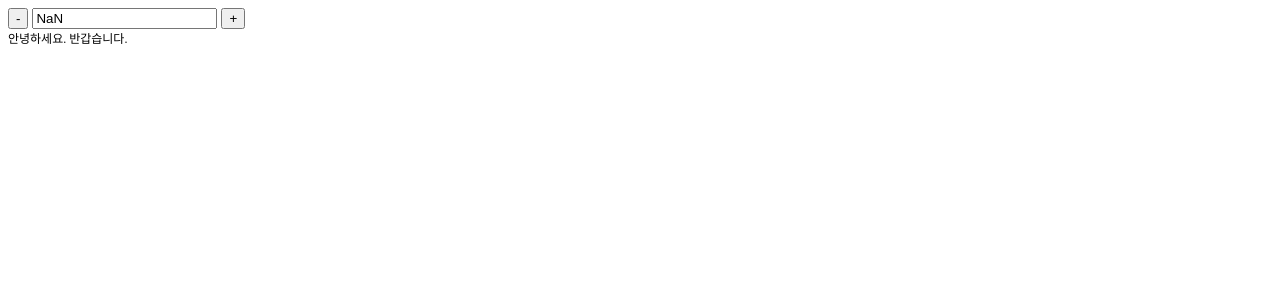
Repository: mjh1583/Hustar03_eGov
Page: http://localhost/JavaScript/js008.jsp
These files come from the project's save history. The page is drawn as it stood at one moment and after the next save; the edit follows.
The browser window is 1280 px wide. The pictures show the whole page.
After loading, the first visible `#btn-minus` was clicked once.
The page is served by Tomcat 9.

Above is the page before, as saved 2021-05-06 08:12:29.

After the next save:
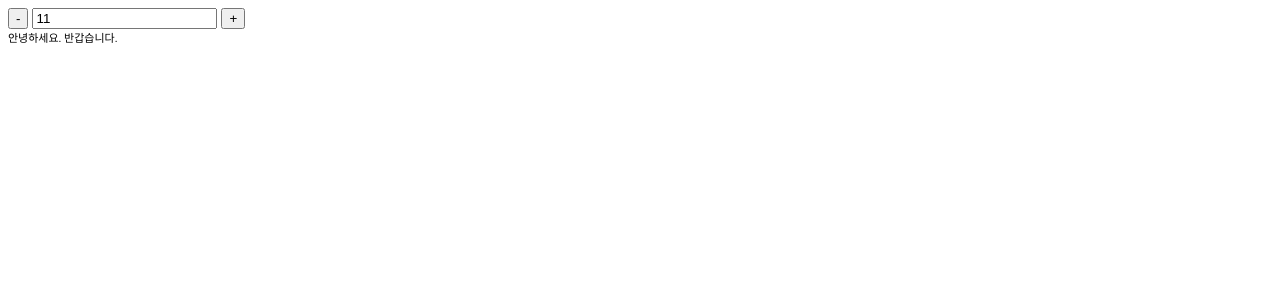
Saved 12 s later.
--- a/workspace/JavaScript/src/main/webapp/js008.jsp
+++ b/workspace/JavaScript/src/main/webapp/js008.jsp
@@ -27,7 +27,7 @@
 			var id = $(this).attr('id');
 
 			if(id == 'btn-minus') {
-				var size = $('text').val();
+				var size = $('#size').val();
 				console.log(size);
 				$('#contentsArea').css('font-size', size - 1);
 				$('#size').val(size - 1);
